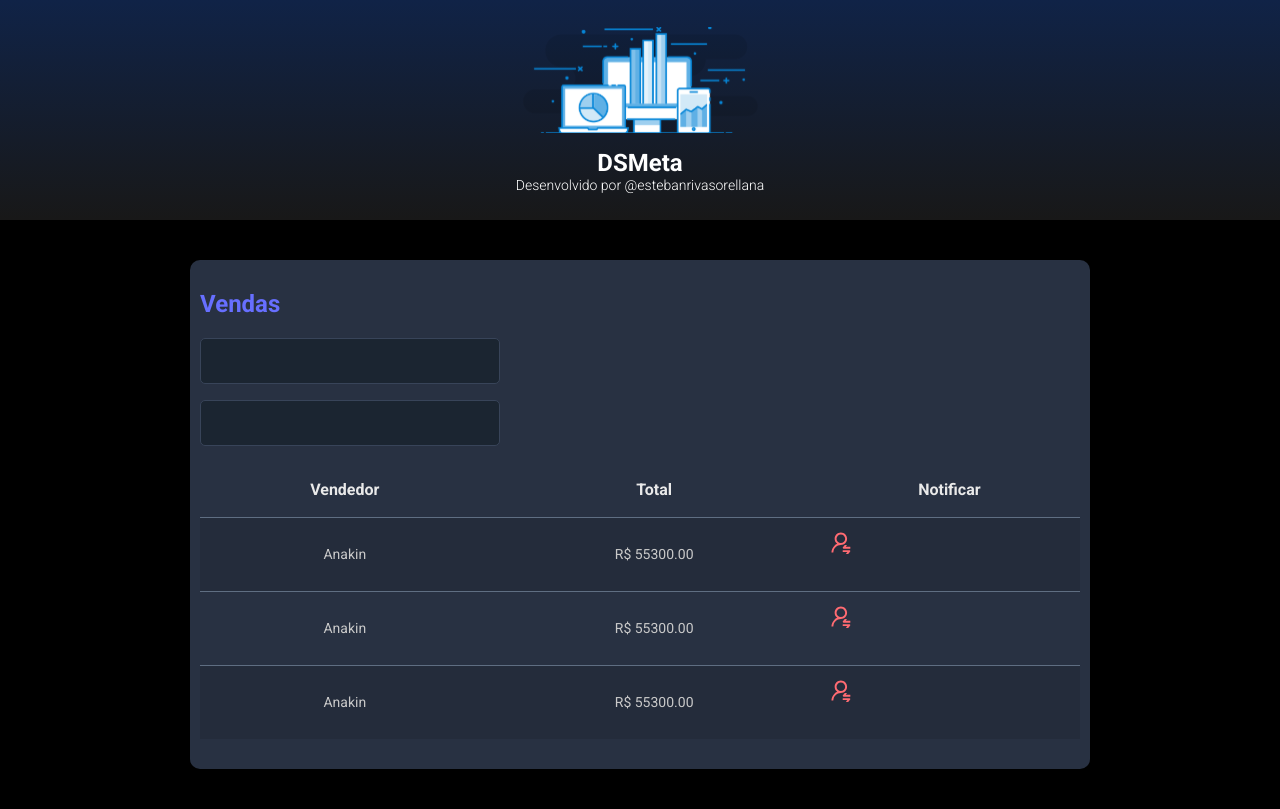
Repository: estebanrivas/dsmeta-css
Page: index.html
These files come from the project's save history. The page is drawn as it stood at one moment and after a run of saves; the edit follows.
The browser window is 1280 px wide. The pictures show the whole page.

Above is the page before, as saved 2022-09-08 22:13:28.

After the next 2 saves:
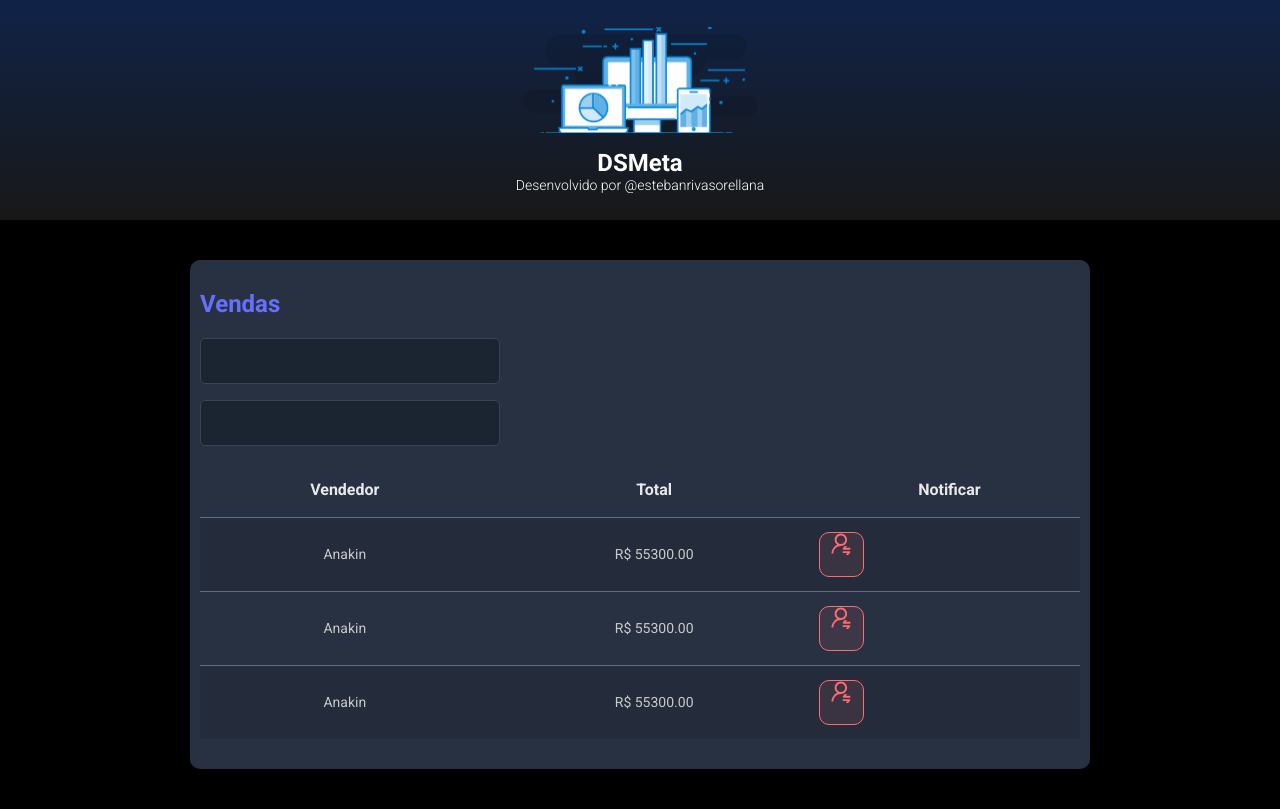
The 2 saves are shown as one change because they came seconds apart.
The last was saved 24 s later.
--- a/css/styles.css
+++ b/css/styles.css
@@ -121,7 +121,9 @@ header {
 }
 
 .dsmeta-red-btn {
-    height: 45px;
-    width: 45px;
-    border-radius: ;
+  height: 45px;
+  width: 45px;
+  background: rgba(255, 107, 114, 0.1);
+  border: 1px solid #ff6b72;
+  border-radius: 10px;
 }
